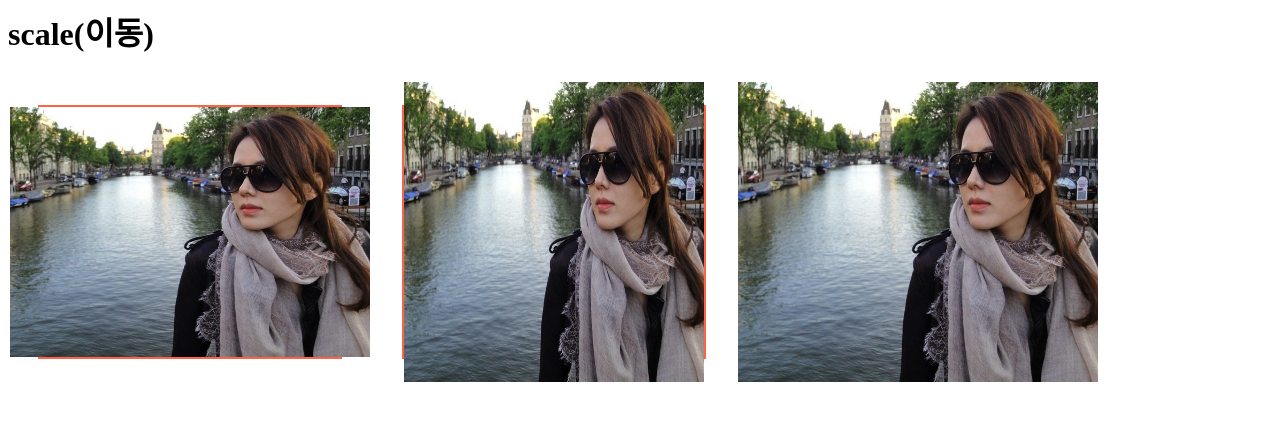
Repository: hojohe/bit-java
Page: 07_css/WebContent/14_transform/02_scale.htm
An editor plug-in stored every save of this project. The page is shown before and after the next save, followed by the edit.
The browser window is 1280 px wide. The pictures show the whole page.

Above is the page before, as saved 2017-01-25 01:41:31.

After the next save:
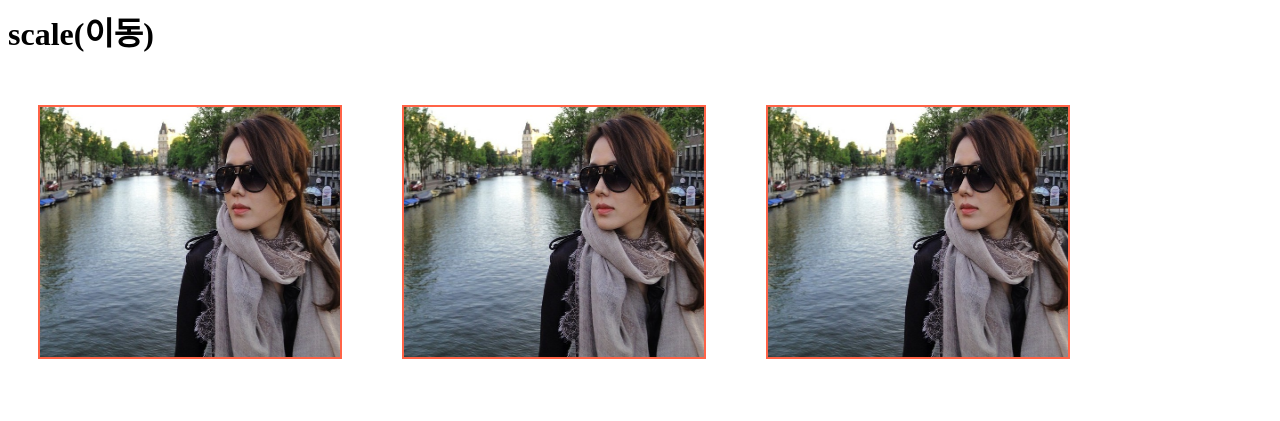
Saved 12 s later.
--- a/07_css/WebContent/14_transform/02_scale.htm
+++ b/07_css/WebContent/14_transform/02_scale.htm
@@ -16,9 +16,9 @@
 		width: 300px; height: 250px;
 	}
 	/* scale > 비율 */
-	#x > img { transform: scaleX(1.2); transition: 2s;}
-	#y > img { transform: scaleY(1.2); transition: 2s;}
-	#all > img { transform: scale(1.2, 1.2);transition: 2s; }
+	#x:hover > img { transform: scaleX(1.2); transition: 2s;}
+	#y:hover > img { transform: scaleY(1.2); transition: 2s;}
+	#all:hover > img { transform: scale(1.2, 1.2);transition: 2s; }
 </style>
 </head>
 <body>
